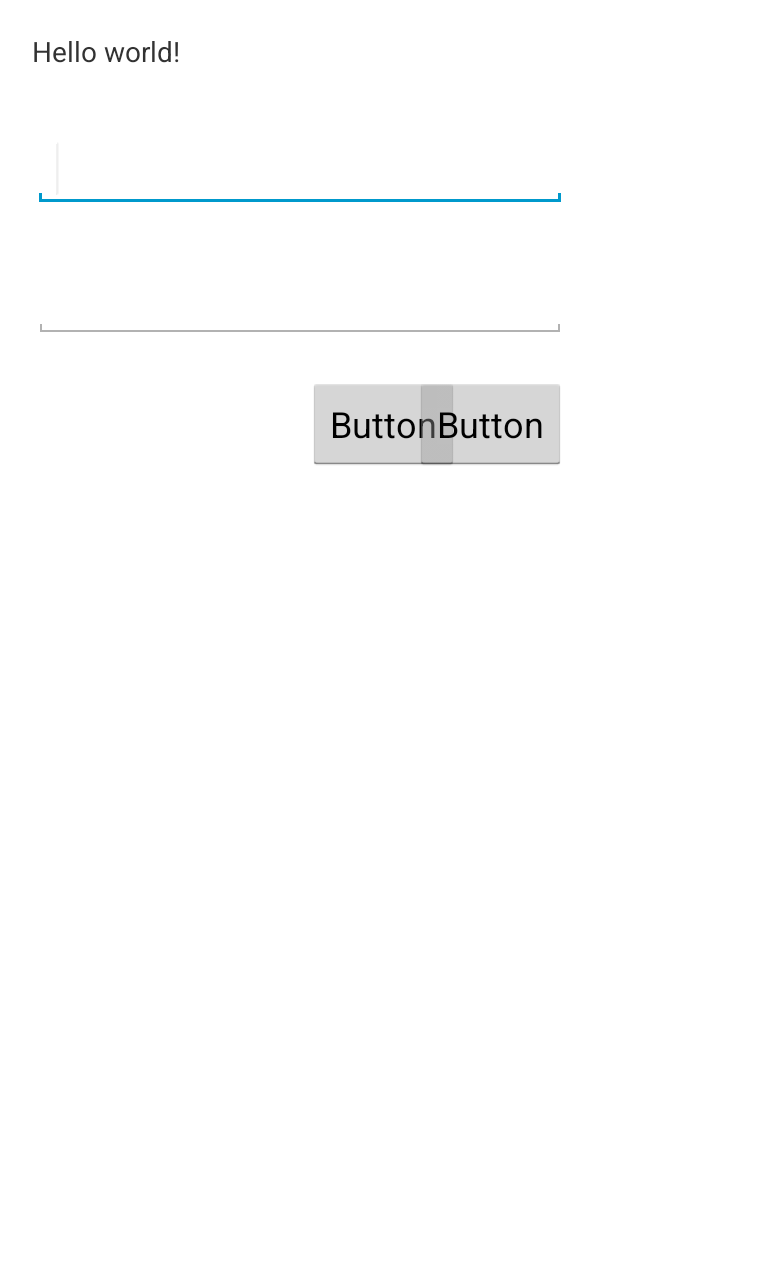
Repository: moetmd/learning-Android
Layout: MyApp/res/layout/activity_main.xml
These files come from the project's save history. The layout is drawn as it stood at one moment and after the next save; the edit follows.
It is drawn on a 768 x 1280 px phone screen (xhdpi) without system bars, with theme AppTheme; the app's code is not run.

Above is the layout before, as saved 2014-11-17 08:36:39.

### MyApp/res/layout/activity_main.xml
<RelativeLayout xmlns:android="http://schemas.android.com/apk/res/android"
    xmlns:tools="http://schemas.android.com/tools"
    android:layout_width="match_parent"
    android:layout_height="match_parent"
    android:paddingBottom="@dimen/activity_vertical_margin"
    android:paddingLeft="@dimen/activity_horizontal_margin"
    android:paddingRight="@dimen/activity_horizontal_margin"
    android:paddingTop="@dimen/activity_vertical_margin"
    tools:context="org.niit.myapp.MainActivity$PlaceholderFragment" >

    <TextView
        android:id="@+id/textView1"
        android:layout_width="wrap_content"
        android:layout_height="wrap_content"
        android:text="@string/hello_world" />

    <LinearLayout
        android:id="@+id/linearLayout1"
        android:layout_width="wrap_content"
        android:layout_height="wrap_content"
        android:layout_alignLeft="@+id/textView1"
        android:layout_below="@+id/textView1"
        android:orientation="vertical" >

            <EditText
        android:id="@+id/editText1"
        android:layout_width="268dp"
        android:layout_height="wrap_content"
        android:layout_below="@+id/linearLayout1"
        android:layout_centerHorizontal="true"
        android:layout_marginTop="30dp"
        android:ems="10" />

    <EditText
        android:id="@+id/editText2"
        android:layout_width="match_parent"
        android:layout_height="wrap_content"
        android:layout_alignLeft="@+id/editText1"
        android:layout_alignRight="@+id/editText1"
        android:layout_below="@+id/editText1"
        android:layout_marginTop="26dp"
        android:ems="10"
        android:inputType="textPassword" />

        <requestFocus />

    </LinearLayout>

    <Button
        android:id="@+id/button1"
        android:layout_width="wrap_content"
        android:layout_height="wrap_content"
        android:layout_below="@+id/linearLayout1"
        android:layout_centerHorizontal="true"
        android:layout_marginTop="18dp"
        android:text="Button" />

    <Button
        android:id="@+id/button2"
        android:layout_width="wrap_content"
        android:layout_height="wrap_content"
        android:layout_alignBaseline="@+id/button1"
        android:layout_alignBottom="@+id/button1"
        android:layout_alignRight="@+id/linearLayout1"
        android:text="Button" />



</RelativeLayout>

### MyApp/res/values/strings.xml
<?xml version="1.0" encoding="utf-8"?>
<resources>

    <string name="app_name">Eclipse</string>
    <string name="hello_world">Hello world!</string>
    <string name="action_settings">Settings</string>
    <string name="new_project">new project</string>
    <string name="login">登陆</string>
	<string name="reset">清空</string>
</resources>

Loaded but not shown: MyApp/res/values/styles.xml (common file); MyApp/res/values-v11/styles.xml (common file); MyApp/res/values-v14/styles.xml (common file); MyApp/res/values/dimens.xml (common file); MyApp/res/values-w820dp/dimens.xml (common file)

After the next save:
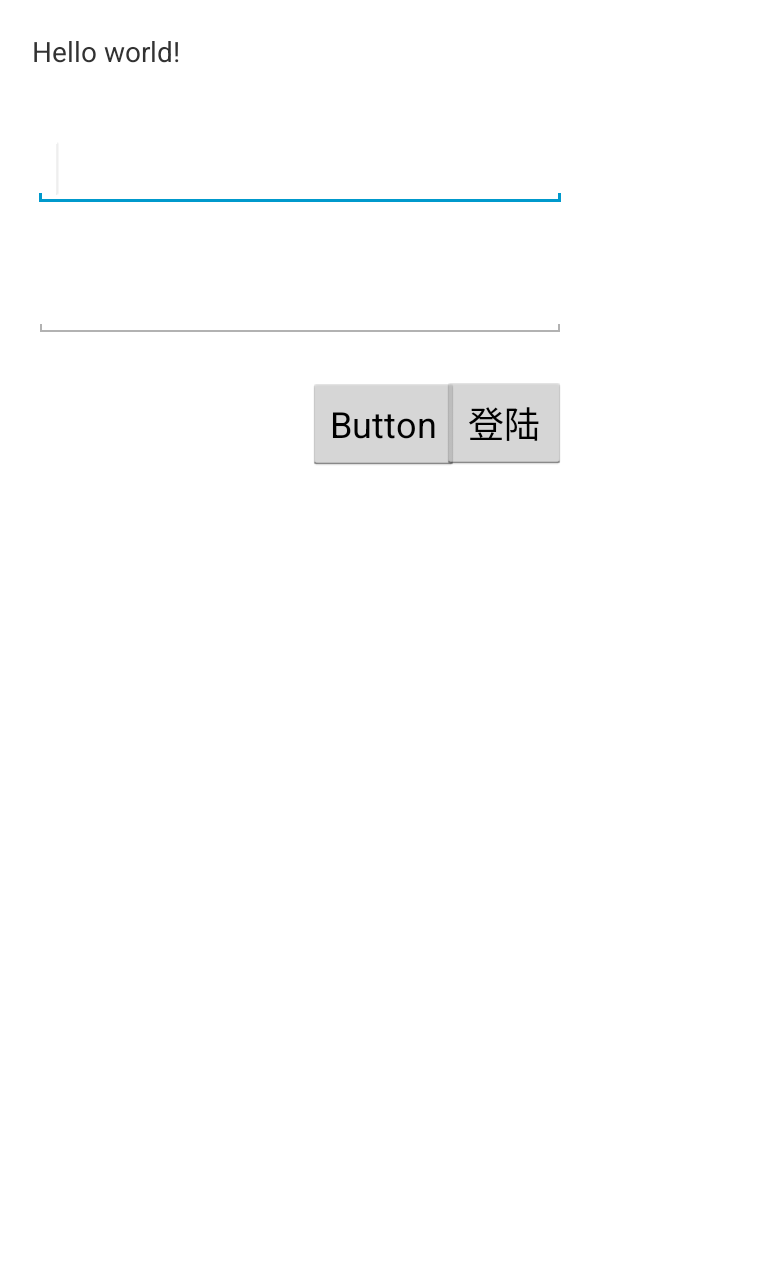
Saved 33 s later.
--- a/MyApp/res/layout/activity_main.xml
+++ b/MyApp/res/layout/activity_main.xml
@@ -62,7 +62,7 @@
         android:layout_alignBaseline="@+id/button1"
         android:layout_alignBottom="@+id/button1"
         android:layout_alignRight="@+id/linearLayout1"
-        android:text="Button" />
+        android:text="@string/login" />
 
 
 
